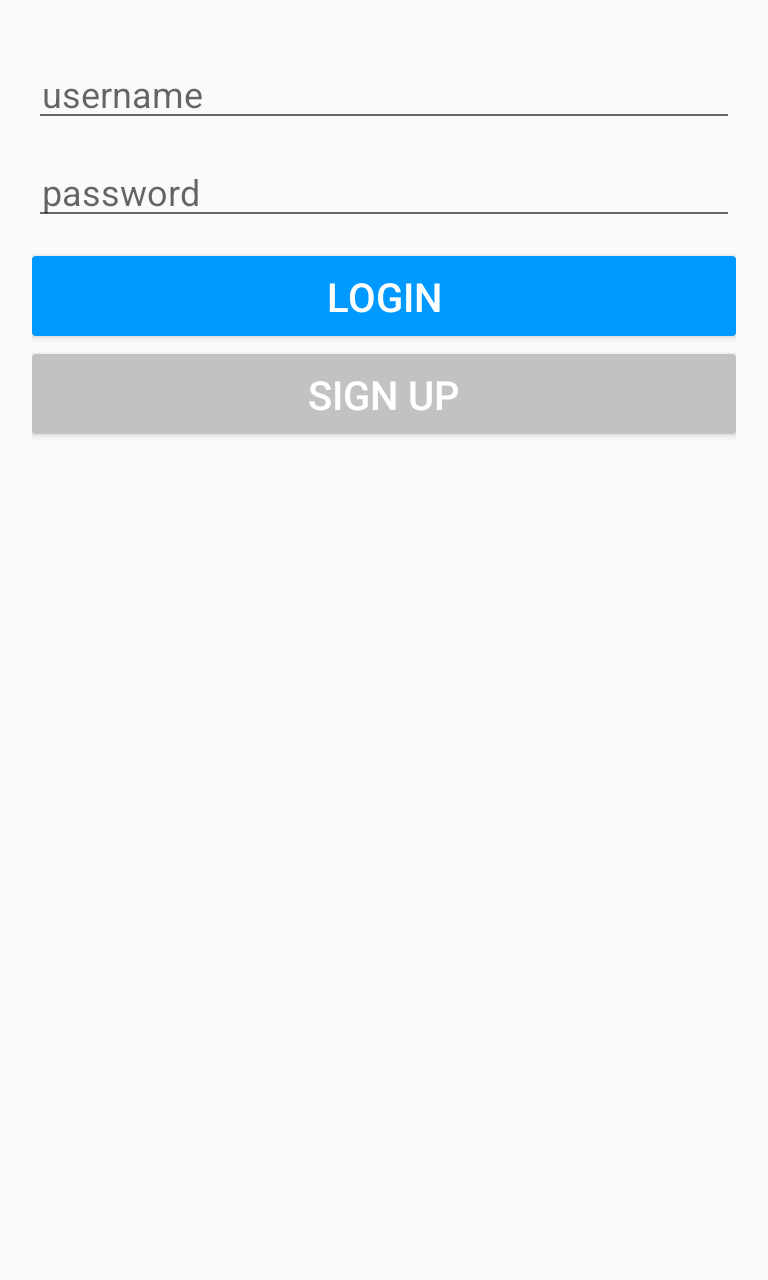
Repository: israelhill/Noteworthy
Layout: Noteworthy/res/layout/fragment_main.xml
The author's editor kept a copy of each file at every save. The layout is drawn from the files as they stood at one save, then again after the next save.
It is drawn on a 768 x 1280 px phone screen (xhdpi) without system bars, with theme AppTheme; the app's code is not run.

Above is the layout before, as saved 2014-09-06 11:29:16.

After the next save:
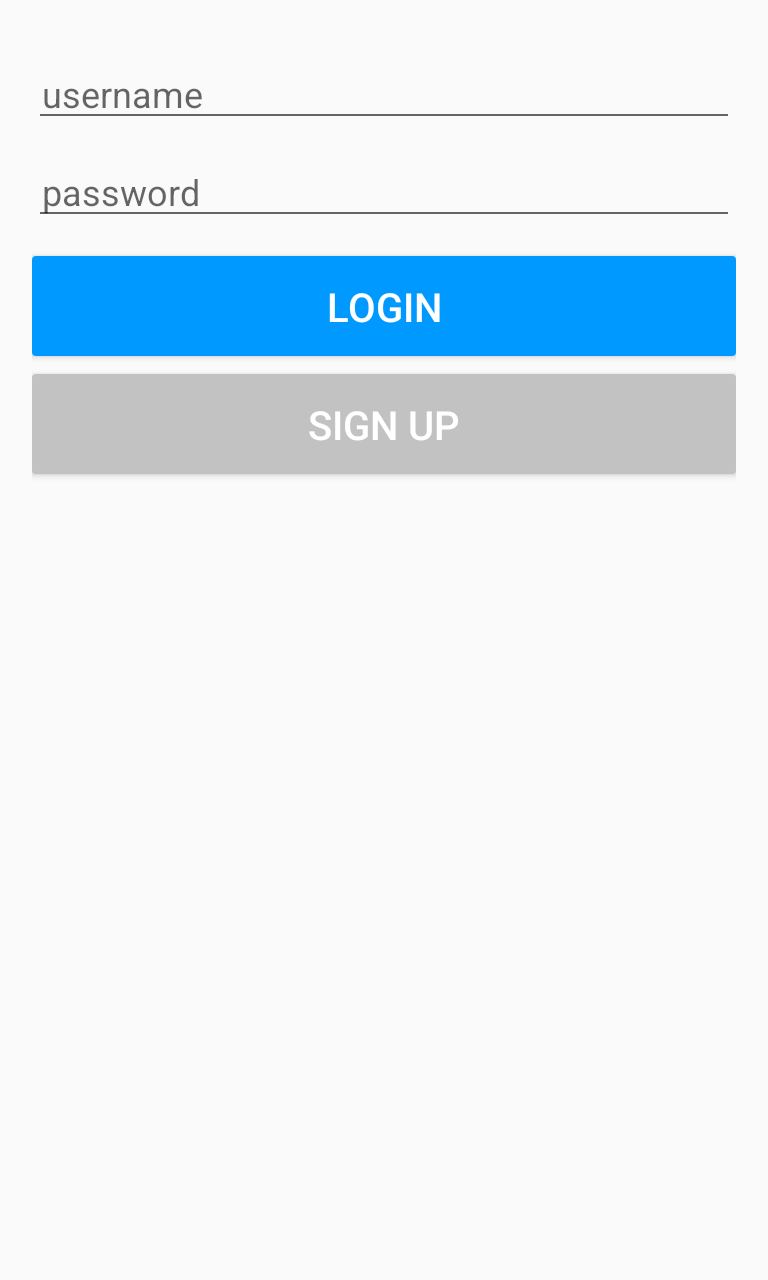
Saved 5 min 55 s later.
--- a/Noteworthy/res/layout/fragment_main.xml
+++ b/Noteworthy/res/layout/fragment_main.xml
@@ -30,7 +30,7 @@
 <Button
     android:id="@+id/login"
     android:layout_width="match_parent"
-    android:layout_height="40dp"
+    android:layout_height="50dp"
     android:background="@drawable/login_button"
     android:text="@string/login"
     android:textSize="20sp"
@@ -40,7 +40,7 @@
 <Button
     android:id="@+id/signup"
     android:layout_width="match_parent"
-    android:layout_height="40dp"
+    android:layout_height="50dp"
     android:background="@drawable/signup_button"
     android:text="@string/signup"
     android:textSize="20sp"
